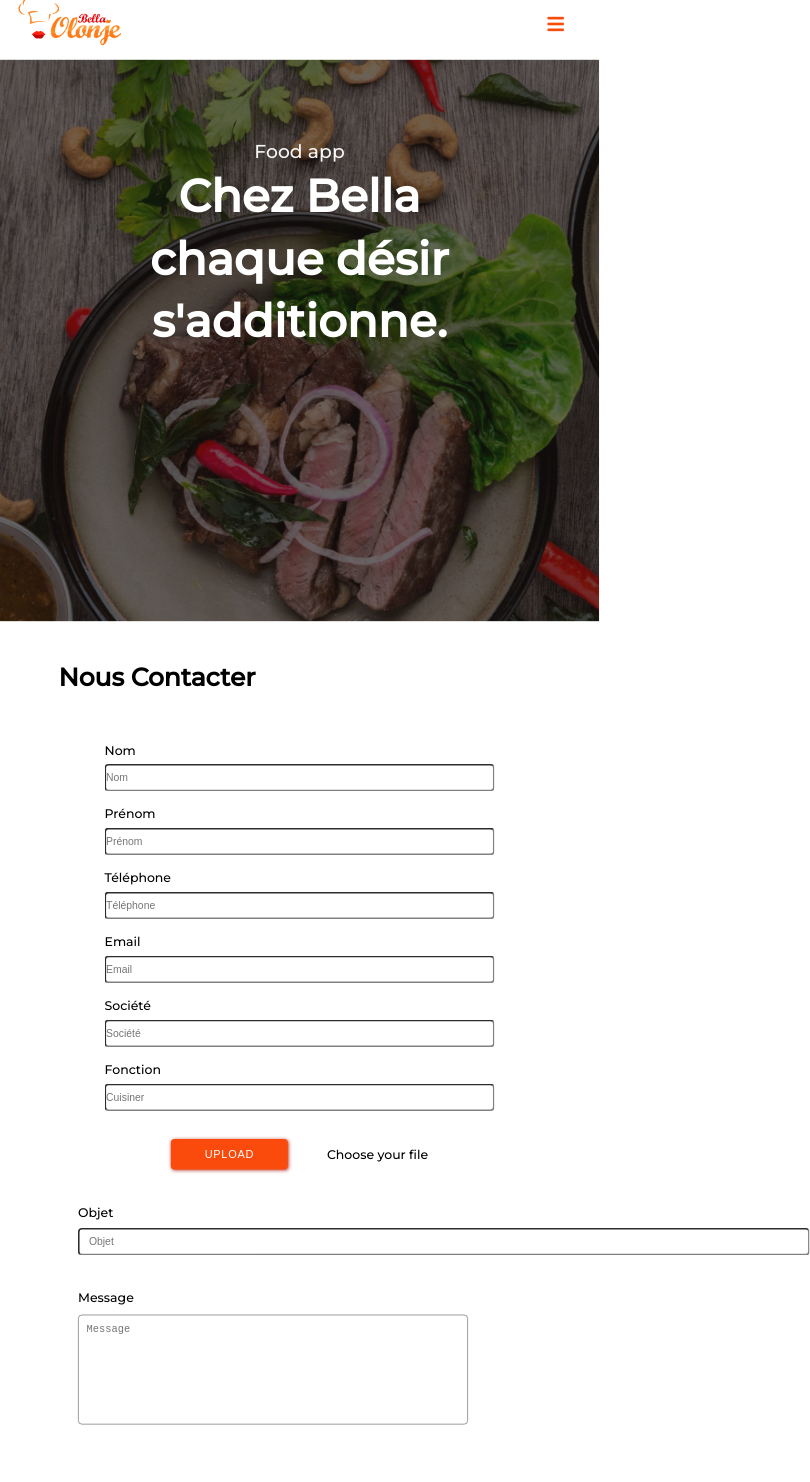
Repository: sisilass31/bella-olonje
Page: html/contact.html
These files come from the project's save history. The page is drawn as it stood at one moment and after the next save; the edit follows.
The browser window is 768 px wide. The page is 1038 px wide, then 900 px, so the pictures cover 1038 px, including what lies to the right of the window. The pictures show the part of the page from y = 26 to 1926 px (the page is 2525 px tall), at 78% of full size.
Pictures or frames that could not be fetched are drawn as grey boxes. Some web libraries are served in a nearby version.

Above is the page before, as saved 2023-02-15 10:21:45.

After the next save:
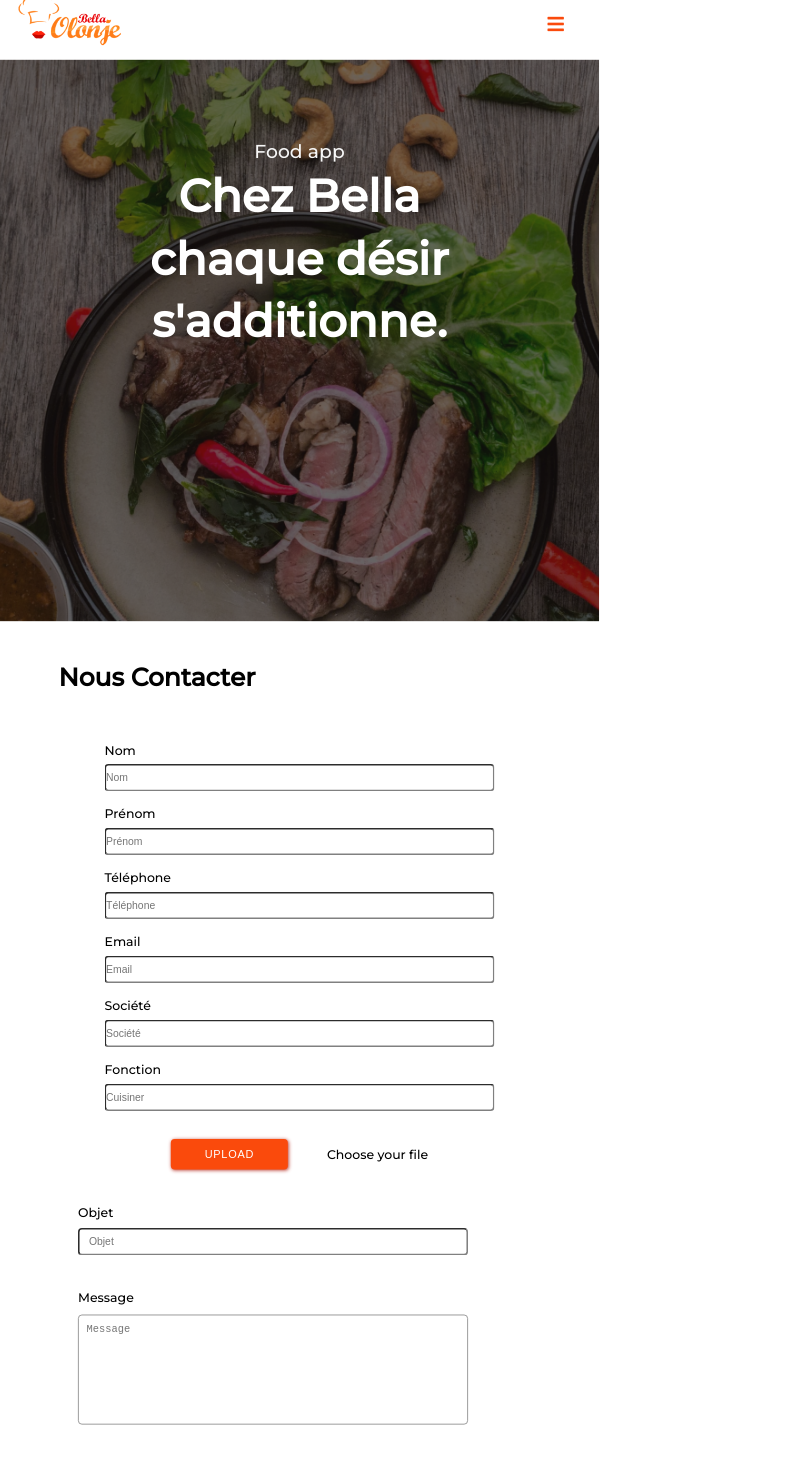
Saved 17 s later.
--- a/css/contact.css
+++ b/css/contact.css
@@ -403,6 +403,74 @@ textarea {
         justify-content: center;
         padding: 2%;
     }
+    .label_choose input {
+        width: 938px;
+        width: 935px;
+        width: 932px;
+        width: 920px;
+        width: 913px;
+        width: 904px;
+        width: 901px;
+        width: 896px;
+        width: 891px;
+        width: 886px;
+        width: 876px;
+        width: 863px;
+        width: 857px;
+        width: 851px;
+        width: 846px;
+        width: 843px;
+        width: 832px;
+        width: 816px;
+        width: 789px;
+        width: 771px;
+        width: 759px;
+        width: 743px;
+        width: 737px;
+        width: 732px;
+        width: 731px;
+        width: 5px;
+        width: 50px;
+        width: 500px;
+        }
+        textarea {
+        width: 938px;
+        width: 930px;
+        width: 919px;
+        width: 910px;
+        width: 894px;
+        width: 893px;
+        width: 890px;
+        width: 884px;
+        width: 874px;
+        width: 857px;
+        width: 855px;
+        width: 852px;
+        width: 851px;
+        width: 850px;
+        width: 849px;
+        width: 847px;
+        width: 842px;
+        width: 830px;
+        width: 809px;
+        width: 791px;
+        width: 766px;
+        width: 757px;
+        width: 753px;
+        width: 752px;
+        width: 751px;
+        width: 750px;
+        width: 744px;
+        width: 739px;
+        width: 735px;
+        width: 732px;
+        width: 731px;
+        width: 5;
+        width: 50;
+        width: 500;
+        width: 500p;
+        width: 500px;
+        }
     textarea {
         width: 500px;
         }
